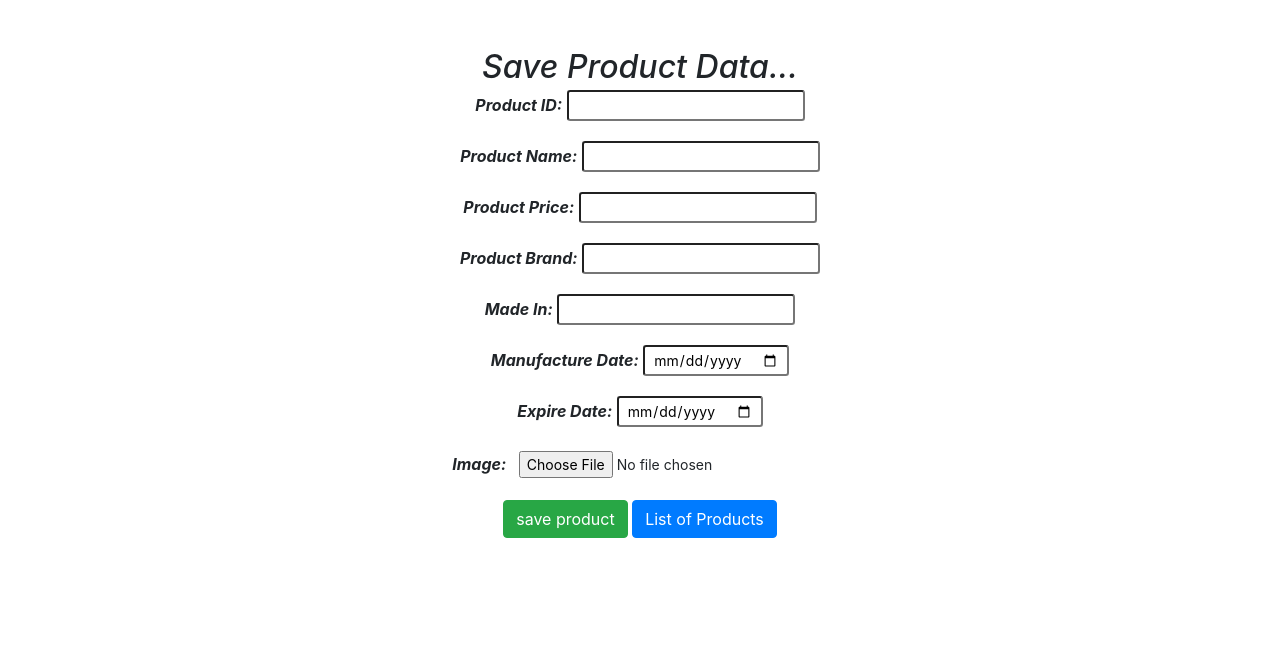
Repository: Geethamanasa/AdvanceJavaPrograms
Page: AddProductApp/src/main/webapp/Addproduct.html
The author's editor kept a copy of each file at every save. The page is drawn from the files as they stood at one save, then again after the next save.
The browser window is 1280 px wide. The pictures show the whole page.

Above is the page before, as saved 2024-03-11 04:32:51.

After the next save:
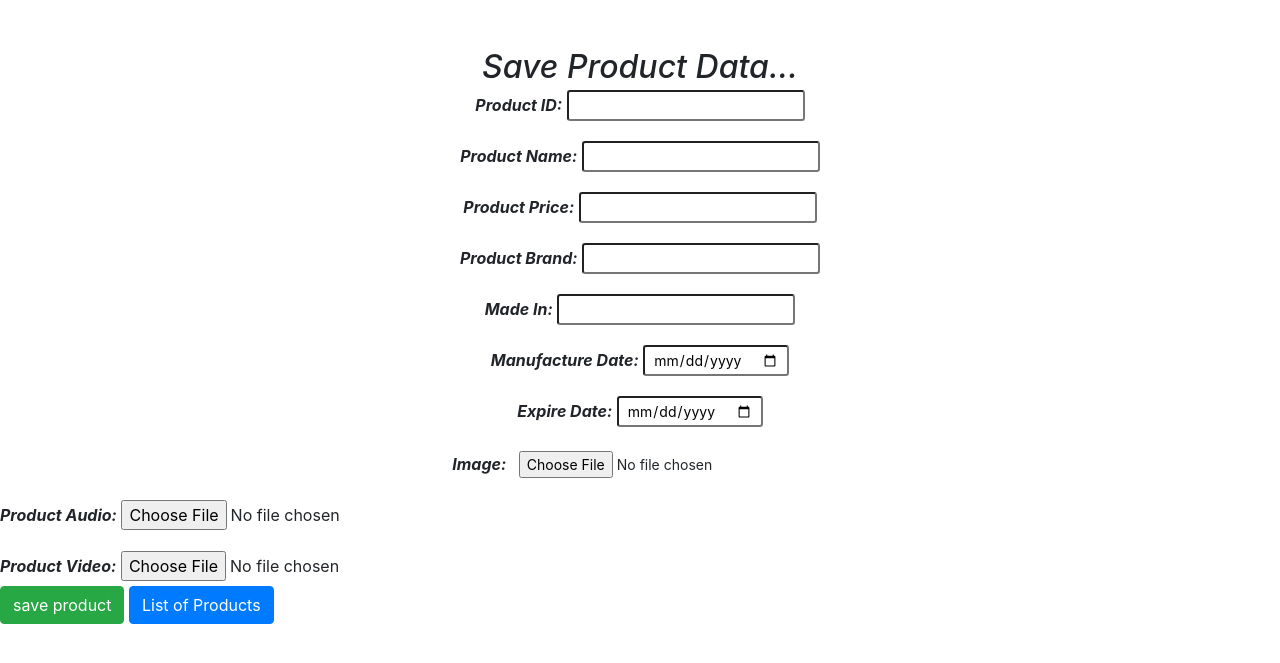
Saved 4 min 55 s later.
--- a/AddProductApp/src/main/webapp/Addproduct.html
+++ b/AddProductApp/src/main/webapp/Addproduct.html
@@ -64,6 +64,29 @@ href="https://stackpath.bootstrapcdn.com/bootstrap/4.5.2/css/bootstrap.min.css"
 <Input type="file" class="form-control-sm" id="proImage" name="proImage" required>
 </div>
 
+</div>
+			<div class="form-group">
+				<label class="font-italic font-weight-bold" for="proAudio">Product
+					Audio:</label>
+					<input type="file" class="form-control-file-sm" name="proAudio"
+				id="proAudio" accept="audio/*" required>
+			</div>
+			<div>
+			<label class="font-italic font-weight-bold" for="proVideo">Product
+					Video:</label>
+					<input type="file" class="form-control-file-sm" name="proVideo"
+				id="proVideo" accept="video/*" required>
+			</div>
+
+
+
+
+
+
+
+
+
+
 <div>
 <input type="submit" class="btn btn-success" value="save product"/>
 <a href="ProductListDisplay.jsp" class="btn btn-primary">List of Products</a>
